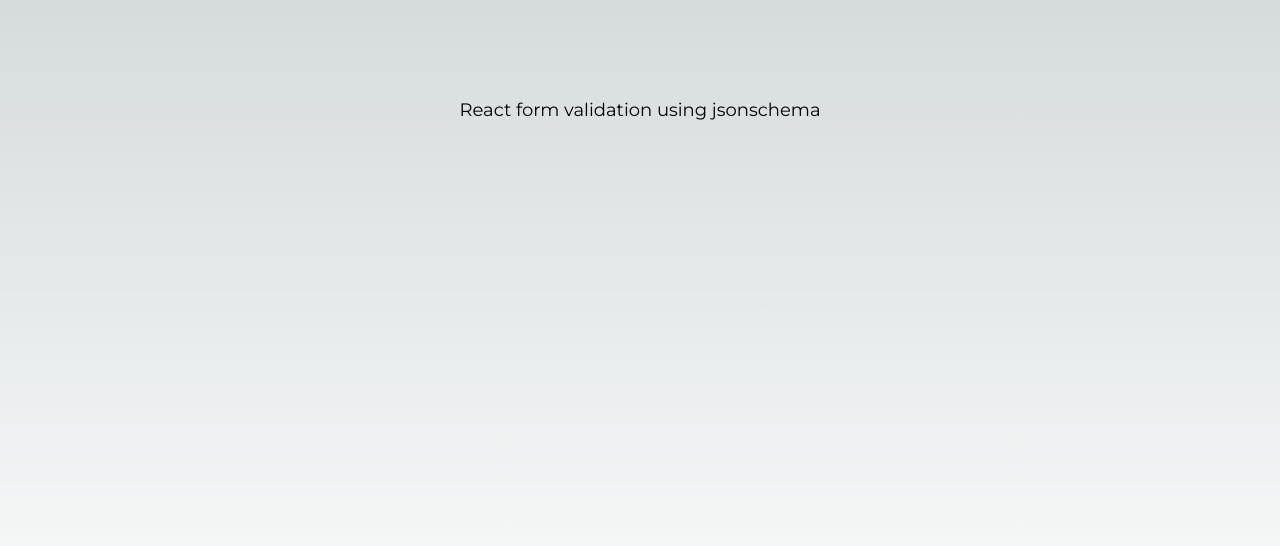
Repository: rajsenthil/react-jsonschema-validation
Page: /
These files come from the project's save history. The page is drawn as it stood at one moment and after the next save; the edit follows.
The browser window is 1280 px wide. The pictures show the whole page.
The project was rebuilt for these pictures with package versions that can differ from the ones it lists, and the page was loaded fresh each time. The framework's server and built-in components were replaced by stand-ins that run in the browser. Also part of the build but not shown: next.config.js.

Above is the page before, as saved 2023-09-13 07:40:35.

### pages/index.tsx
import Image from 'next/image'
import { Montserrat } from 'next/font/google'

const montserrat = Montserrat({ subsets: ['latin'] })

export default function Home() {
  return (
    <main
      className={`flex min-h-screen flex-col items-center justify-between p-24 ${montserrat.className}`}
    >
      <div className='text-xl md:text-lg sm:text-sm'>React form validation using jsonschema</div>

    </main>
  )
}

Loaded but not shown: pages/_app.tsx (common file); pages/_document.tsx (common file); styles/globals.css (common file); tailwind.config.ts (common file)

After the next save:
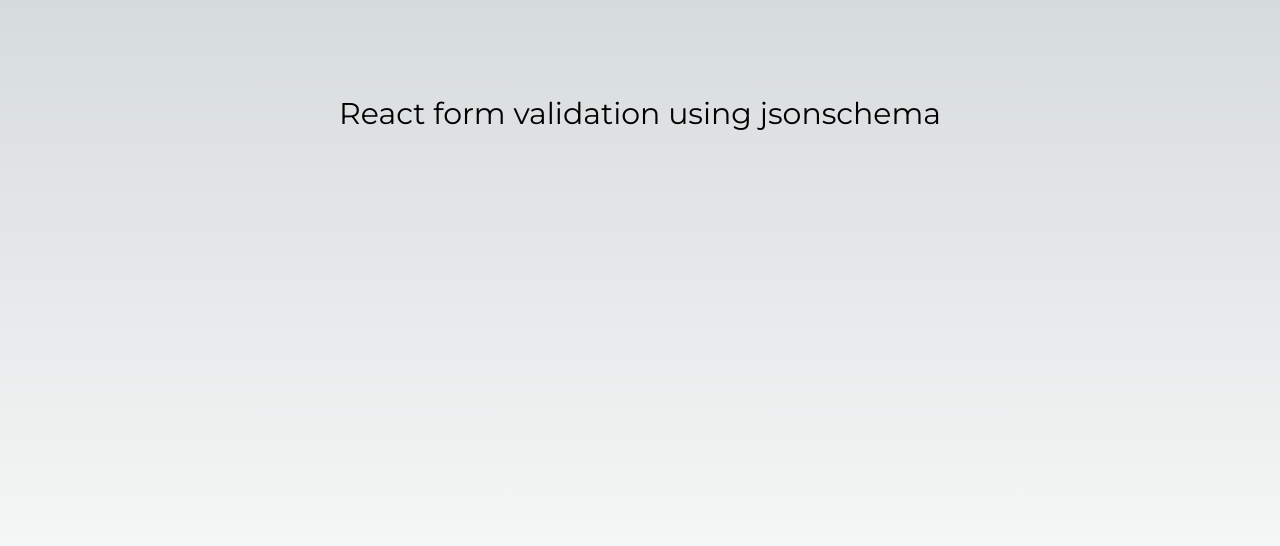
Saved 42 s later.
--- a/pages/index.tsx
+++ b/pages/index.tsx
@@ -8,7 +8,7 @@ export default function Home() {
     <main
       className={`flex min-h-screen flex-col items-center justify-between p-24 ${montserrat.className}`}
     >
-      <div className='text-xl md:text-lg sm:text-sm'>React form validation using jsonschema</div>
+      <div className='text-xl lg:text-3xl md:text-lg sm:text-sm'>React form validation using jsonschema</div>
 
     </main>
   )
